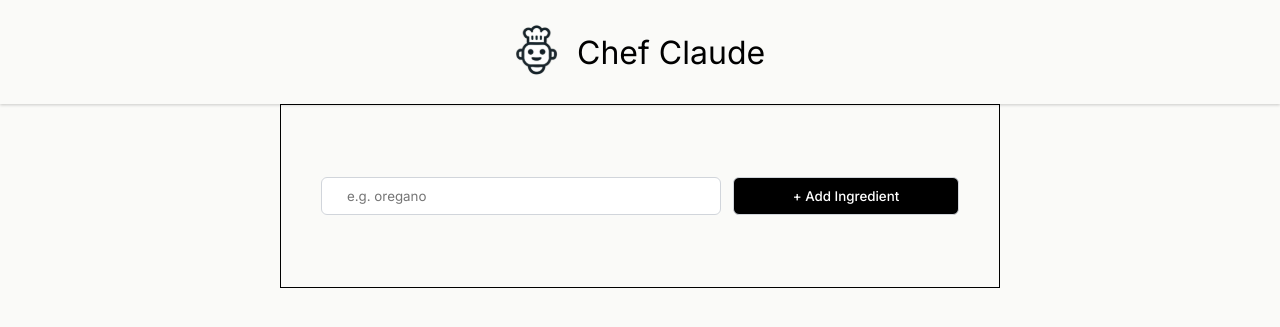
Repository: AchrafAzzaoui/Chef_Claude--React_Course_Scrimba_Project
Page: / (app in project/)
An editor plug-in stored every save of this project. The page is shown before and after the next save, followed by the edit.
The browser window is 1280 px wide. The pictures show the whole page.
The project was rebuilt for these pictures with package versions that can differ from the ones it lists, and the page was loaded fresh each time. Also part of the build but not shown: project/vite.config.js.

Above is the page before, as saved 2024-12-01 14:39:26.

After the next save:
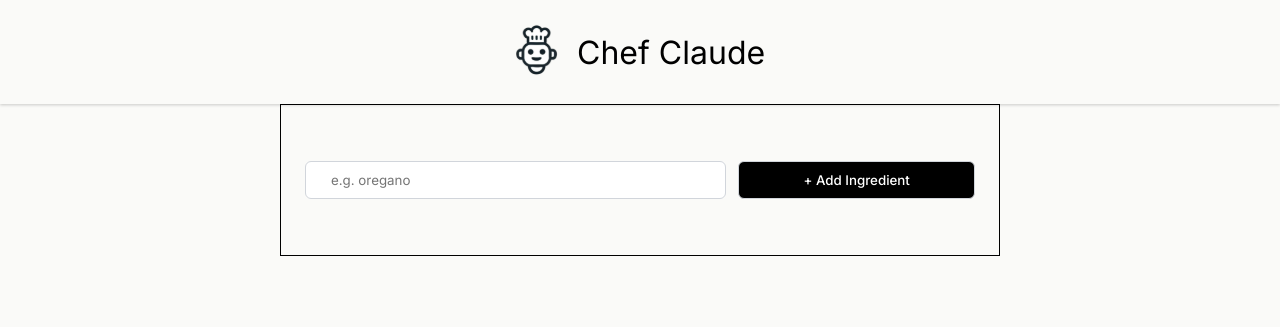
Saved 33 s later.
--- a/project/index.css
+++ b/project/index.css
@@ -42,7 +42,7 @@
 }
 
 .add-ingredient-form .form-group {
-  padding: 1em;
+  /* padding: 1em; */
   display: flex;
   justify-content: center;
   align-items: center;

After the save that followed:
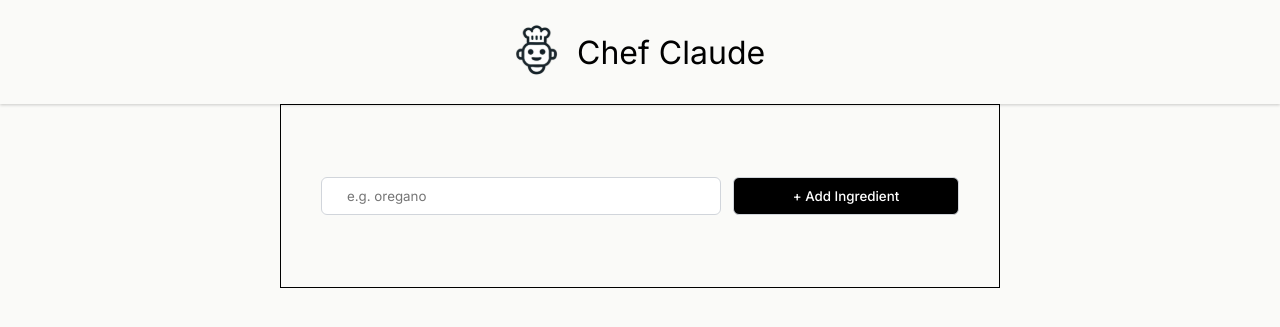
Saved 5 s later.
--- a/project/index.css
+++ b/project/index.css
@@ -42,7 +42,7 @@
 }
 
 .add-ingredient-form .form-group {
-  /* padding: 1em; */
+  padding: 1em;
   display: flex;
   justify-content: center;
   align-items: center;
